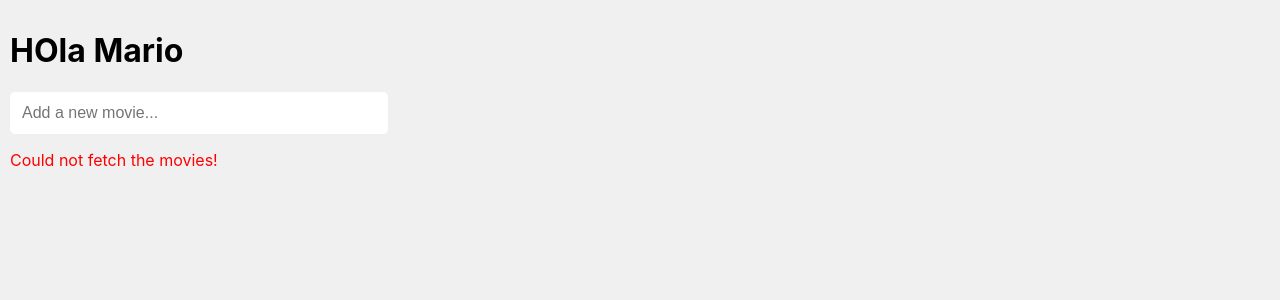
Repository: mariocapitbrok/vidly-docker-win
Page: / (app in frontend/)
The author's editor kept a copy of each file at every save. The page is drawn from the files as they stood at one save, then again after the next save.
The browser window is 1280 px wide. The pictures show the whole page.
The page's requests for data from a server got no answer. The project was rebuilt for these pictures with package versions that can differ from the ones it lists, and the page was loaded fresh each time. No one was signed in, and anything a server would have sent is missing. Also part of the build but not shown: frontend/src/components/MovieListItem.css, frontend/src/components/MovieListItem.jsx.

Above is the page before, as saved 2022-04-16 05:03:12.

After the next save:
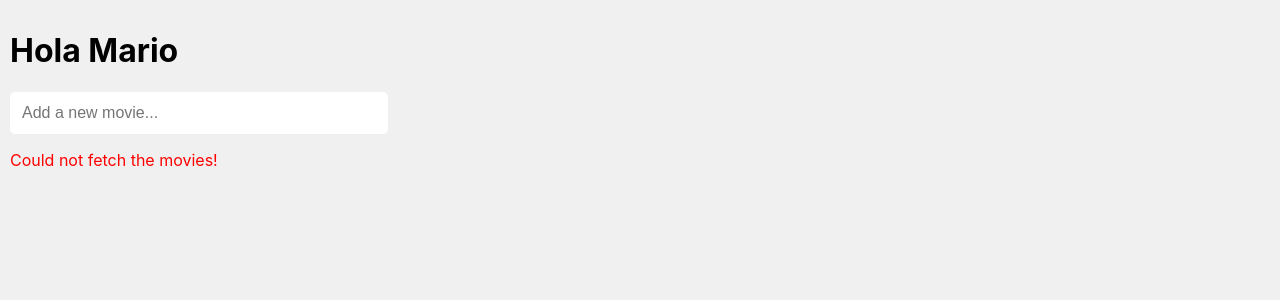
Saved 81 s later.
--- a/frontend/src/components/MovieForm.jsx
+++ b/frontend/src/components/MovieForm.jsx
@@ -17,7 +17,7 @@ function MovieForm({ onAddMovie }) {
 
   return (
     <form onSubmit={handleSubmit}>
-      <h1>HOla Mario</h1>
+      <h1>Hola Mario</h1>
       <Input
         aria-label="New Movie"
         onChange={handleChange}
